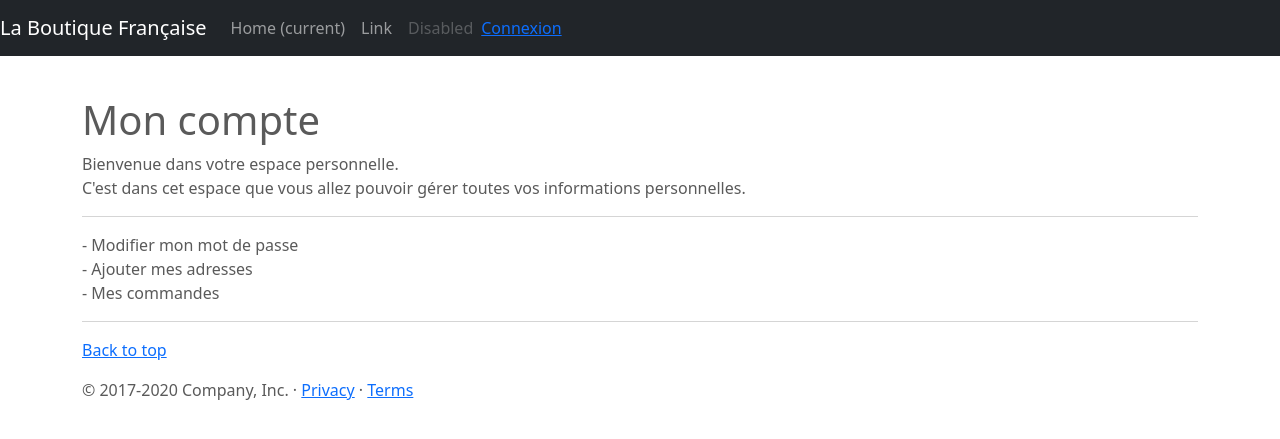
Repository: Coulibaly00180/laboutiquefrancaise
Page: templates/account/index.html.twig
These files come from the project's save history. The page is drawn as it stood at one moment and after the next save; the edit follows.
The browser window is 1280 px wide. The pictures show the whole page.
The page is a Twig template of a Symfony application; nobody is signed in and links lead nowhere. The template is opened directly, without the code that normally fills it, so the values that code supplies are empty.

Above is the page before, as saved 2023-03-02 10:54:02.

After the next save:
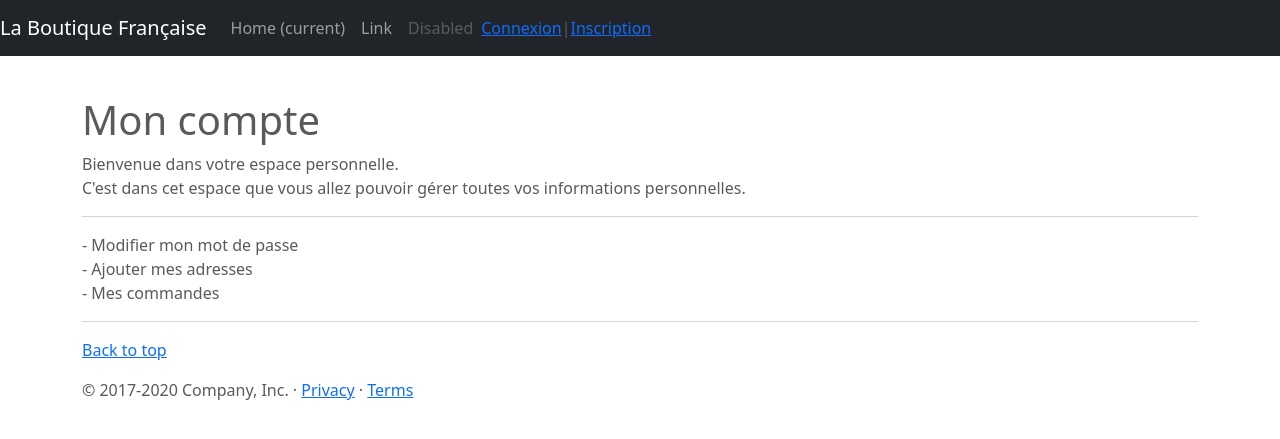
Saved 31 s later.
--- a/templates/base.html.twig
+++ b/templates/base.html.twig
@@ -49,7 +49,7 @@
                         <a class="nav-link disabled" href="#" tabindex="-1" aria-disabled="true">Disabled</a>
                     </li>
                 </ul>
-                <a href="">Connexion</a>
+                <a href="">Connexion</a> | <a href="">Inscription</a>
             </div>
         </nav>
     </header>
